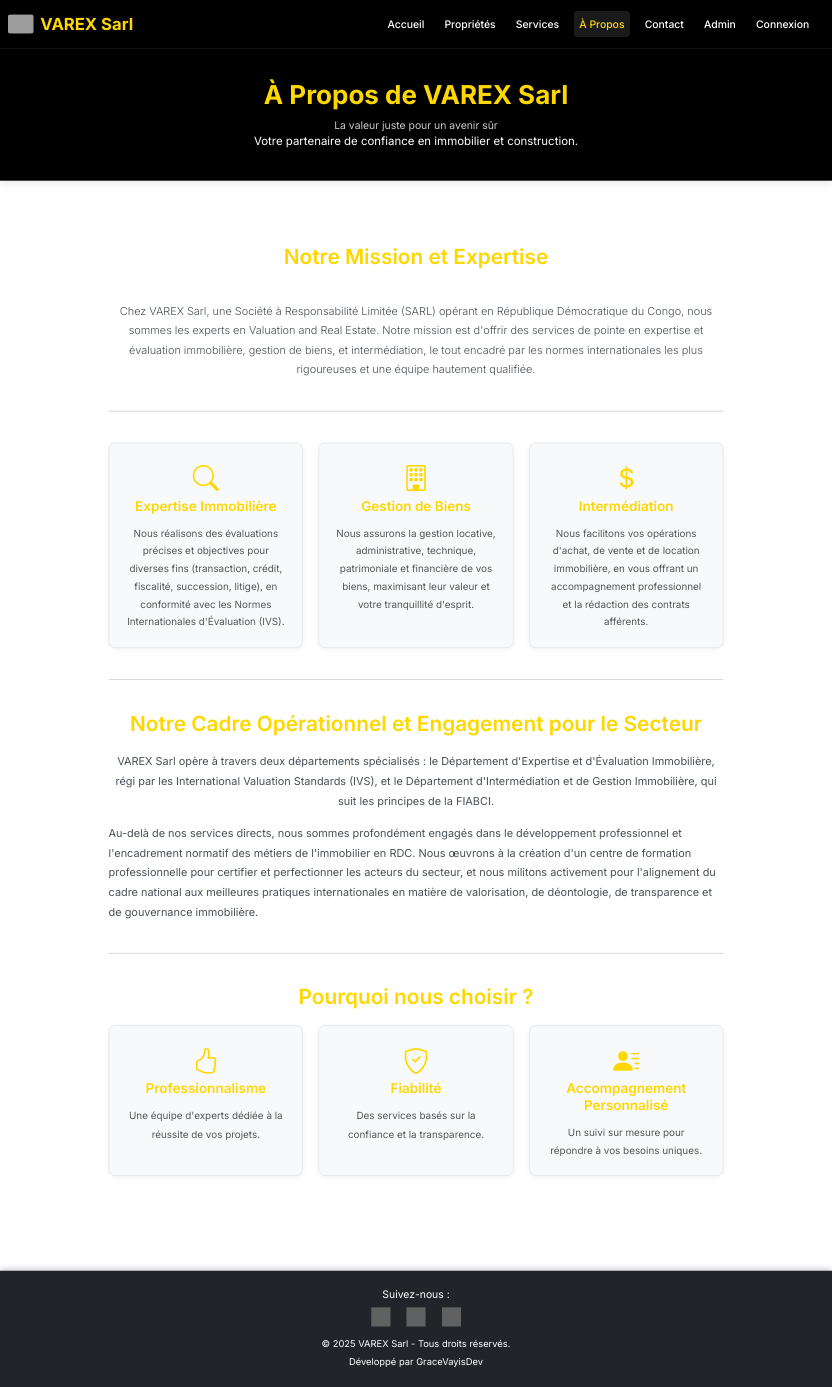
Repository: gradi243/catine
Page: apropos.html
The author's editor kept a copy of each file at every save. The page is drawn from the files as they stood at one save, then again after the next save.
The browser window is 1280 px wide. The pictures show the whole page, at 65% of full size.
Pictures or frames that could not be fetched are drawn as grey boxes.

Above is the page before, as saved 2025-07-01 00:30:19.

### apropos.html
<!DOCTYPE html>
<html lang="fr">
<head>
    <meta charset="UTF-8">
    <meta name="viewport" content="width=device-width, initial-scale=1.0">
    <title>À Propos - VAREX Sarl</title>
    <!-- Bootstrap CSS via CDN -->
    <link href="https://cdn.jsdelivr.net/npm/bootstrap@5.3.2/dist/css/bootstrap.min.css" rel="stylesheet" xintegrity="sha384-T3c6CoIi6uLrA9TneNEoa7RxnatzjcDSCmG1MXxSR1GAsXEV/Dwwykc2MPK8M2HN" crossorigin="anonymous">
    <!-- Bootstrap Icons via CDN -->
    <link href="https://cdn.jsdelivr.net/npm/bootstrap-icons@1.10.5/font/bootstrap-icons.css" rel="stylesheet">
    <!-- Google Fonts: Inter for a clean, modern look -->
    <link href="https://fonts.googleapis.com/css2?family=Inter:wght@300;400;500;600;700&display=swap" rel="stylesheet">
    <!-- Custom Styles -->
    <style>
        /* Define CSS Variables for the new color palette */
        :root {
            --color-primary-yellow: #FFD700; /* Gold/Yellow */
            --color-secondary-black: #000000; /* Black */
            --color-light-white: #FFFFFF; /* White */
            --color-dark-grey-text: #212529; /* Dark grey for general text */
        }

        body {
            font-family: 'Inter', sans-serif;
            background-color: var(--color-light-white);
            color: var(--color-dark-grey-text);
            display: flex;
            flex-direction: column;
            min-height: 100vh;
        }

        /* Navbar Customization */
        .navbar {
            background-color: var(--color-secondary-black) !important;
            box-shadow: 0 2px 10px rgba(0, 0, 0, 0.2);
            padding-top: 0.75rem;
            padding-bottom: 0.75rem;
        }
        .navbar-brand {
            font-weight: 700;
            font-size: 1.6rem;
            color: var(--color-primary-yellow) !important;
            display: flex;
            align-items: center;
        }
        .navbar-brand #companyLogo {
            width: 40px;
            height: 40px;
            margin-right: 10px;
            display: flex;
            justify-content: center;
            align-items: center;
            flex-shrink: 0;
        }
        .navbar-brand #companyLogo img {
            max-width: 100%;
            max-height: 100%;
            object-fit: contain;
            border-radius: 5px;
        }
        .navbar-nav .nav-link {
            color: var(--color-light-white) !important;
            font-weight: 500;
            margin-right: 15px;
            padding: 8px 12px;
            border-radius: 5px;
            transition: background-color 0.3s ease, color 0.3s ease;
        }
        .navbar-nav .nav-link:hover,
        .navbar-nav .nav-link.active {
            background-color: rgba(255, 255, 255, 0.1);
            color: var(--color-primary-yellow) !important;
        }
        .navbar-toggler {
            border-color: rgba(255, 255, 255, 0.3);
        }
        .navbar-toggler-icon {
            background-image: url("data:[embedded picture, 214 characters]");
        }

        /* Header (Hero Section) Customization */
        header {
            background-color: var(--color-secondary-black) !important;
            color: var(--color-light-white) !important;
            padding: 60px 0; /* Slightly less padding for sub-pages */
            text-align: center;
            box-shadow: 0 4px 15px rgba(0, 0, 0, 0.1);
        }
        header h1 {
            font-size: 2.5rem;
            font-weight: 700;
            color: var(--color-primary-yellow) !important;
            margin-bottom: 10px;
        }
        header p {
            font-size: 1.1rem;
            color: var(--color-light-white);
            max-width: 800px;
            margin: 0 auto;
        }
        header .slogan {
            font-size: 1rem;
            color: #ccc;
            margin-top: 5px;
        }

        /* Section Titles */
        .text-primary {
            color: var(--color-primary-yellow) !important;
        }

        /* About Section Specifics */
        .about-section {
            background-color: var(--color-light-white);
            padding: 50px 0;
        }
        .about-section h2 {
            font-size: 2rem;
            font-weight: 600;
            margin-bottom: 30px;
            color: var(--color-dark-grey-text);
        }
        .about-section p {
            font-size: 1.05rem;
            line-height: 1.8;
            color: #495057;
            margin-bottom: 20px;
        }
        .about-section .card {
            border: 1px solid #e0e0e0;
            border-radius: 10px;
            box-shadow: 0 2px 10px rgba(0, 0, 0, 0.05);
            transition: transform 0.3s ease, box-shadow 0.3s ease;
            background-color: #f8f9fa; /* Light grey background for cards */
        }
        .about-section .card:hover {
            transform: translateY(-5px);
            box-shadow: 0 5px 15px rgba(0, 0, 0, 0.1);
        }
        .about-section .card-body {
            padding: 25px;
        }
        .about-section .card-title {
            color: var(--color-primary-yellow);
            font-size: 1.3rem;
            font-weight: 600;
            margin-bottom: 15px;
        }
        .about-section .card-text {
            font-size: 0.95rem;
            color: #555;
        }
        .about-section .card i {
            font-size: 2.5rem;
            color: var(--color-primary-yellow);
            margin-bottom: 15px;
        }


        /* Footer Customization */
        footer {
            background-color: var(--color-secondary-black) !important;
            color: var(--color-light-white) !important;
            padding: 40px 0;
            margin-top: auto;
            box-shadow: 0 -2px 10px rgba(0, 0, 0, 0.2);
        }
        footer .social-icons a {
            margin: 0 10px;
            display: inline-block;
        }
        footer .social-icons img {
            width: 30px;
            height: 30px;
            filter: invert(100%) sepia(100%) saturate(0%) hue-rotate(285deg) brightness(100%) contrast(100%);
            transition: transform 0.2s ease;
        }
        footer .social-icons img:hover {
            transform: scale(1.1);
        }
        footer p {
            font-size: 0.9rem;
            margin-bottom: 5px;
        }

        /* Responsive adjustments */
        @media (max-width: 768px) {
            header h1 {
                font-size: 2rem;
            }
            header p {
                font-size: 1rem;
            }
            .about-section h2 {
                font-size: 1.8rem;
            }
            .about-section p {
                font-size: 1rem;
            }
        }
        @media (max-width: 576px) {
            .navbar-brand {
                font-size: 1.4rem;
            }
            header {
                padding: 40px 0;
            }
            header h1 {
                font-size: 1.6rem;
            }
            header .slogan {
                font-size: 0.9rem;
            }
        }
    </style>
</head>
<body>

<nav class="navbar navbar-expand-lg navbar-dark">
    <div class="container-fluid">
        <a class="navbar-brand" href="index.html">
            <div id="companyLogo">
                <img src="uploaded:image_c7909d.png-0eca17a6-129b-48e1-83e9-2f74c611cba1" alt="VAREX Sarl Logo">
            </div>
            <strong>VAREX Sarl</strong>
        </a>
        <button class="navbar-toggler" type="button" data-bs-toggle="collapse" data-bs-target="#navbarNav" aria-controls="navbarNav" aria-expanded="false" aria-label="Toggle navigation">
            <span class="navbar-toggler-icon"></span>
        </button>
        <div class="collapse navbar-collapse" id="navbarNav">
            <ul class="navbar-nav ms-auto">
                <li class="nav-item"><a class="nav-link" href="index.html">Accueil</a></li>
                <li class="nav-item"><a class="nav-link" href="categorie.html">Propriétés</a></li>
                <li class="nav-item"><a class="nav-link" href="services.html">Services</a></li>
                <li class="nav-item"><a class="nav-link active" aria-current="page" href="apropos.html">À Propos</a></li>
                <li class="nav-item"><a class="nav-link" href="contact.html">Contact</a></li>
                <li class="nav-item"><a class="nav-link" href="admin/index.html">Admin</a></li>
                <li class="nav-item"><a class="nav-link" href="login.html">Connexion</a></li>
            </ul>
        </div>
    </div>
</nav>

<header class="text-center py-5">
    <h1>À Propos de VAREX Sarl</h1>
    <p class="slogan">La valeur juste pour un avenir sûr</p>
    <p>Votre partenaire de confiance en immobilier et construction.</p>
</header>

<section class="container my-5 about-section">
    <div class="row justify-content-center">
        <div class="col-lg-10">
            <h2 class="text-center text-primary mb-5">Notre Mission et Expertise</h2>
            <p class="text-center lead">
                Chez VAREX Sarl, une Société à Responsabilité Limitée (SARL) opérant en République Démocratique du Congo, nous sommes les experts en Valuation and Real Estate. Notre mission est d'offrir des services de pointe en expertise et évaluation immobilière, gestion de biens, et intermédiation, le tout encadré par les normes internationales les plus rigoureuses et une équipe hautement qualifiée.
            </p>
            <hr class="my-5">
            <div class="row text-center g-4">
                <div class="col-md-4">
                    <div class="card h-100">
                        <div class="card-body">
                            <i class="bi bi-search"></i>
                            <h5 class="card-title">Expertise Immobilière</h5>
                            <p class="card-text">Nous réalisons des évaluations précises et objectives pour diverses fins (transaction, crédit, fiscalité, succession, litige), en conformité avec les Normes Internationales d'Évaluation (IVS).</p>
                        </div>
                    </div>
                </div>
                <div class="col-md-4">
                    <div class="card h-100">
                        <div class="card-body">
                            <i class="bi bi-building"></i>
                            <h5 class="card-title">Gestion de Biens</h5>
                            <p class="card-text">Nous assurons la gestion locative, administrative, technique, patrimoniale et financière de vos biens, maximisant leur valeur et votre tranquillité d'esprit.</p>
                        </div>
                    </div>
                </div>
                <div class="col-md-4">
                    <div class="card h-100">
                        <div class="card-body">
                            <i class="bi bi-currency-dollar"></i>
                            <h5 class="card-title">Intermédiation</h5>
                            <p class="card-text">Nous facilitons vos opérations d'achat, de vente et de location immobilière, en vous offrant un accompagnement professionnel et la rédaction des contrats afférents.</p>
                        </div>
                    </div>
                </div>
            </div>
            <hr class="my-5">
            <h2 class="text-center text-primary mb-4">Notre Cadre Opérationnel et Engagement pour le Secteur</h2>
            <p class="text-center js">
                VAREX Sarl opère à travers deux départements spécialisés : le Département d'Expertise et d'Évaluation Immobilière, régi par les International Valuation Standards (IVS), et le Département d'Intermédiation et de Gestion Immobilière, qui suit les principes de la FIABCI.
            </p>
            <p>
                Au-delà de nos services directs, nous sommes profondément engagés dans le développement professionnel et l'encadrement normatif des métiers de l'immobilier en RDC. Nous œuvrons à la création d'un centre de formation professionnelle pour certifier et perfectionner les acteurs du secteur, et nous militons activement pour l'alignement du cadre national aux meilleures pratiques internationales en matière de valorisation, de déontologie, de transparence et de gouvernance immobilière.
            </p>
            <hr class="my-5">
            <h2 class="text-center text-primary mb-4">Pourquoi nous choisir ?</h2>
            <div class="row text-center g-4">
                <div class="col-md-4">
                    <div class="card h-100">
                        <div class="card-body">
                            <i class="bi bi-hand-thumbs-up"></i>
                            <h5 class="card-title">Professionnalisme</h5>
                            <p class="card-text">Une équipe d'experts dédiée à la réussite de vos projets.</p>
                        </div>
                    </div>
                </div>
                <div class="col-md-4">
                    <div class="card h-100">
                        <div class="card-body">
                            <i class="bi bi-shield-check"></i>
                            <h5 class="card-title">Fiabilité</h5>
                            <p class="card-text">Des services basés sur la confiance et la transparence.</p>
                        </div>
                    </div>
                </div>
                <div class="col-md-4">
                    <div class="card h-100">
                        <div class="card-body">
                            <i class="bi bi-person-lines-fill"></i>
                            <h5 class="card-title">Accompagnement Personnalisé</h5>
                            <p class="card-text">Un suivi sur mesure pour répondre à vos besoins uniques.</p>
                        </div>
                    </div>
                </div>
            </div>
        </div>
    </div>
</section>

<footer class="text-center text-white py-4 bg-dark mt-5">
    <div class="mb-2">Suivez-nous :</div>
    <div class="social-icons">
        <a href="#"><img src="https://upload.wikimedia.org/wikipedia/commons/thumb/6/6b/WhatsApp.svg/2048px-WhatsApp.svg.png" alt="WhatsApp" style="filter: invert(100%);"></a>
        <a href="#"><img src="https://upload.wikimedia.org/wikipedia/commons/thumb/7/7e/Gmail_icon_%282020%29.svg/512px-Gmail_icon_%282020%29.svg.png" alt="Gmail" style="filter: invert(100%);"></a>
        <a href="#"><img src="https://upload.wikimedia.org/wikipedia/commons/thumb/b/b8/2021_Facebook_icon.svg/2048px-2021_Facebook_icon.svg.png" alt="Facebook" style="filter: invert(100%);"></a>
    </div>
    <p class="mt-3">&copy; 2025 VAREX Sarl - Tous droits réservés.</p>
    <p>Développé par GraceVayisDev</p>
</footer>

<!-- Bootstrap Bundle JS (includes Popper) -->
<script src="https://cdn.jsdelivr.net/npm/bootstrap@5.3.2/dist/js/bootstrap.bundle.min.js" xintegrity="sha384-C6RzsynM9kWDrMNeT87bh95OGNyZPhcTNXj1NW7RuBCsyN/o0jlpcV8Qyq46cDfL" crossorigin="anonymous"></script>
</body>
</html>

After the next save:
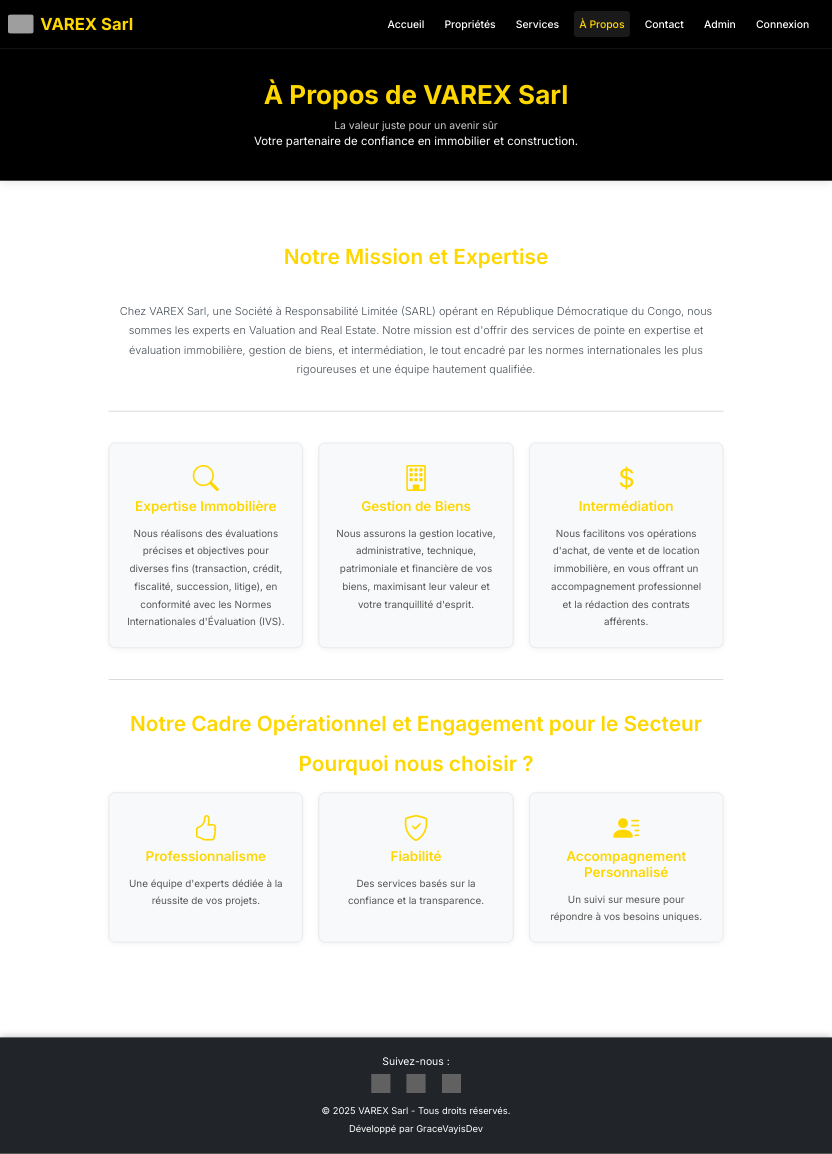
Saved 7 s later.
--- a/apropos.html
+++ b/apropos.html
@@ -286,7 +286,7 @@
             </div>
             <hr class="my-5">
             <h2 class="text-center text-primary mb-4">Notre Cadre Opérationnel et Engagement pour le Secteur</h2>
-            <p class="text-center js">
+            <p class="text-center justify-content>
                 VAREX Sarl opère à travers deux départements spécialisés : le Département d'Expertise et d'Évaluation Immobilière, régi par les International Valuation Standards (IVS), et le Département d'Intermédiation et de Gestion Immobilière, qui suit les principes de la FIABCI.
             </p>
             <p>

After the save that followed:
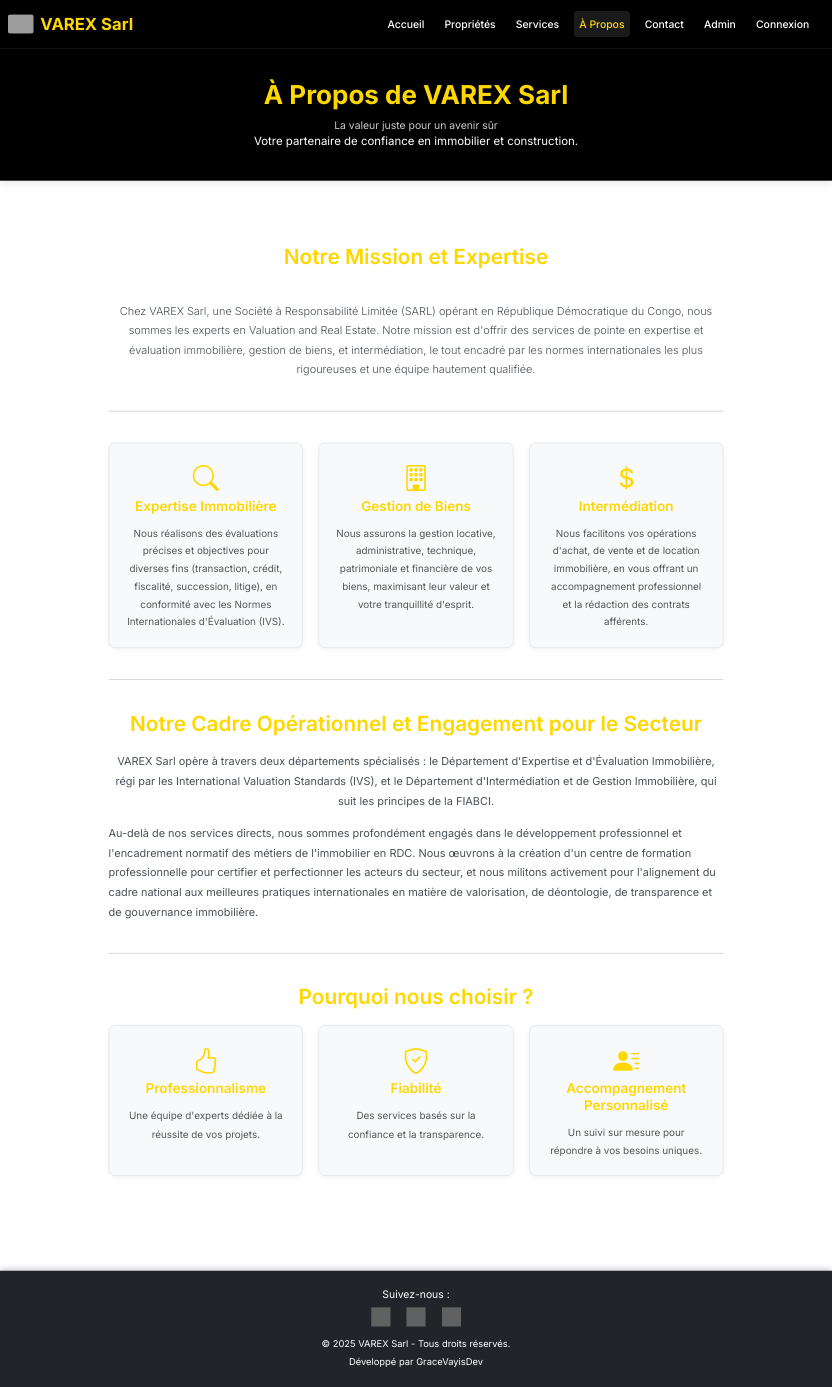
Saved 21 s later.
--- a/apropos.html
+++ b/apropos.html
@@ -286,7 +286,7 @@
             </div>
             <hr class="my-5">
             <h2 class="text-center text-primary mb-4">Notre Cadre Opérationnel et Engagement pour le Secteur</h2>
-            <p class="text-center justify-content>
+            <p class="text-center justify-content">
                 VAREX Sarl opère à travers deux départements spécialisés : le Département d'Expertise et d'Évaluation Immobilière, régi par les International Valuation Standards (IVS), et le Département d'Intermédiation et de Gestion Immobilière, qui suit les principes de la FIABCI.
             </p>
             <p>
